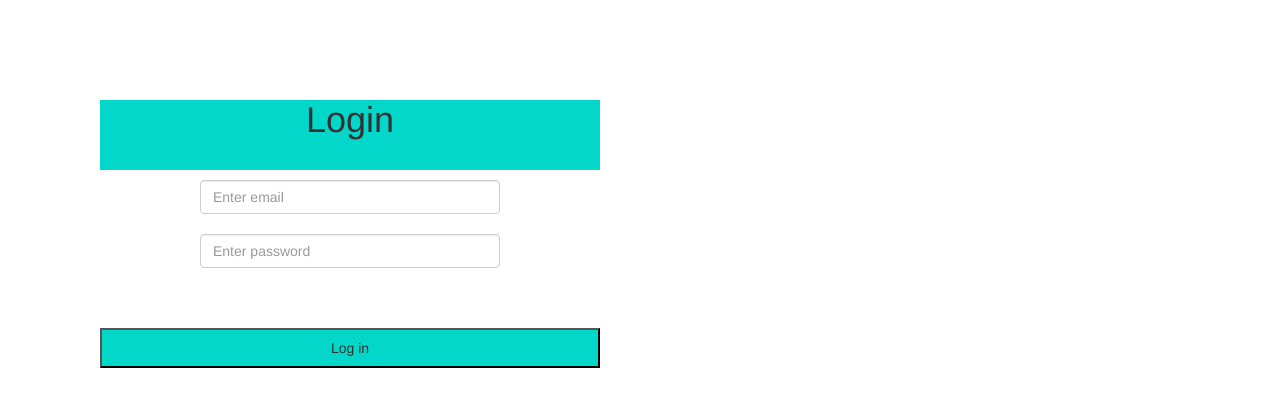
Repository: KIM-KYOUNG-OH/bitcamp-window
Page: Note/WebContent/front/login.html
These files come from the project's save history. The page is drawn as it stood at one moment and after the next save; the edit follows.
The browser window is 1280 px wide. The pictures show the whole page.

Above is the page before, as saved 2020-10-29 02:56:30.

After the next save:
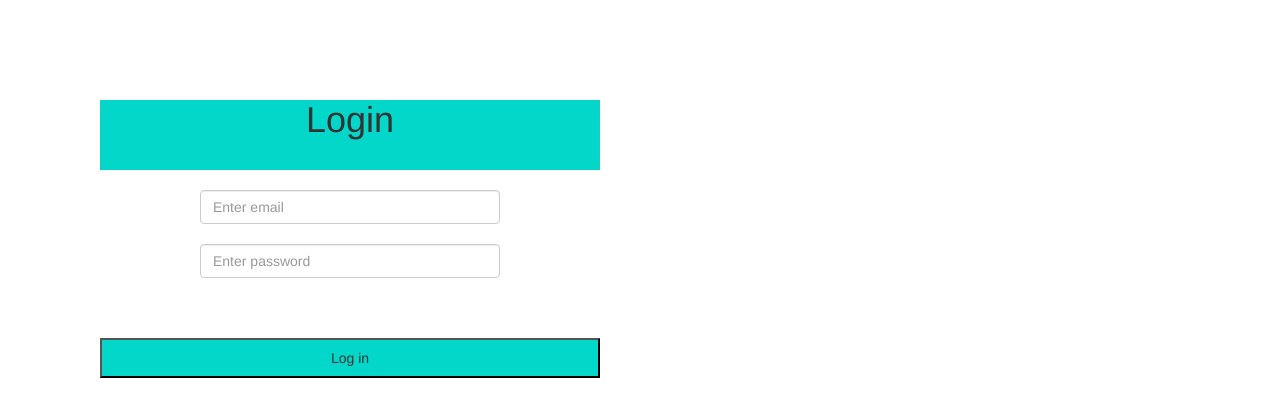
Saved 40 s later.
--- a/Note/WebContent/front/login.html
+++ b/Note/WebContent/front/login.html
@@ -27,7 +27,7 @@
 	}
 
 	#email{
-		margin-top: 10px;
+		margin-top: 20px;
 	}
 	input.form-control{
 		width: 300px;
